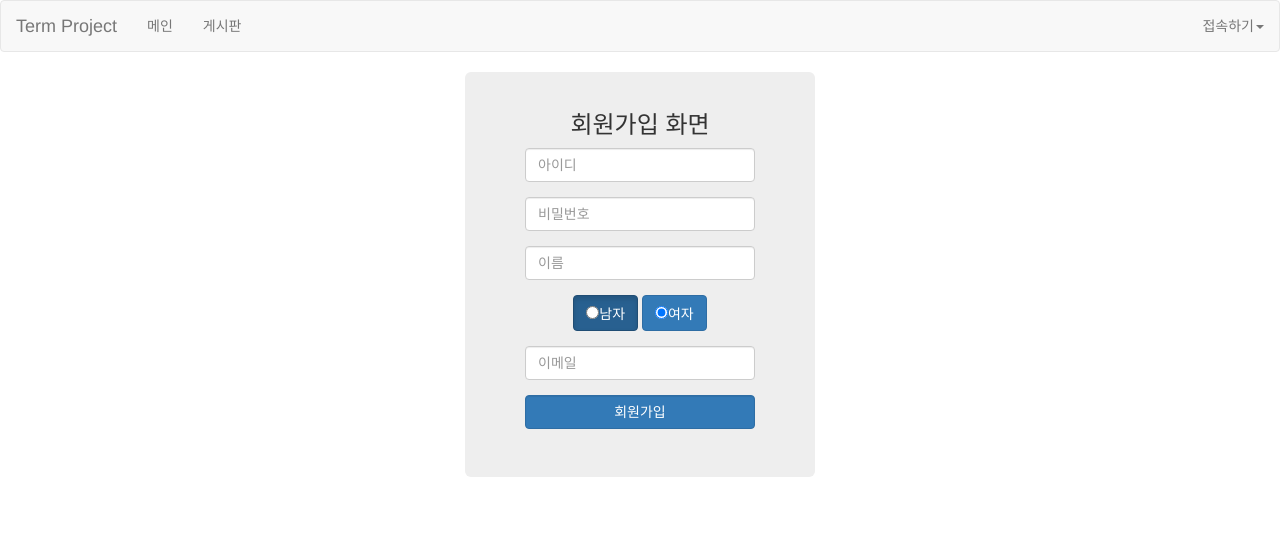
Repository: subsub97/web_bulletin-board
Page: http://localhost/BBS/join.jsp
An editor plug-in stored every save of this project. The page is shown before and after the next save, followed by the edit.
The browser window is 1280 px wide. The pictures show the whole page.
Some web libraries are served in a nearby version. The page is served by Tomcat 9. Other server files are loaded and not shown.

Above is the page before, as saved 2023-05-25 15:10:41.

### Projects/BBS/src/main/webapp/join.jsp
<%@ page language="java" contentType="text/html; charset=UTF-8" pageEncoding="UTF-8"%>
<!DOCTYPE html>
<html>
<head>
<meta charset="UTF-8">
<meta name="viewport" content="width=device-width, initial-scale=1">

<link rel="stylesheet" href="css/bootstrap.css">

<title>Term Project</title>
</head>
<body>
	<nav class="navbar navbar-default">
		<div class="navbar-header">
			<button type="button" class="navbar-toggle collapsed"
				data-toggle="collapse" data-target="#bs-example-navbar-collapse-1"
				aria-expanded="false">
				<span class="icon-bar"></span>
				<span class="icon-bar"></span>
				<span class="icon-bar"></span>
			</button>
			<a class="navbar-brand" href="main.jsp">Term Project</a>
		</div>
		<div class="collapse navbar-collapse" id="bs-example-navbar-collapse-1">
			<ul class="nav navbar-nav">
				<li><a href="main.jsp">메인</a></li>
				<li><a href="main.jsp">게시판</a></li>
			</ul>
			<ul class="nav navbar-nav navbar-right">
				<li class="dropdown">
					<a href="#" class="dropdown-toggle" data-toggle="dropdown" role="button" aria-haspopup="true"
						aria-expanded="false">접속하기<span class="caret"></span></a>
					<ul class="dropdown-menu">
						<li class="active"><a href="login.jsp">로그인</a></li>
						<li><a href="join.jsp">회원가입</a></li>
					</ul>
				</li>
			</ul>
		</div>
	</nav>
	<div class="container">
		<div class="col-lg-4"></div>
		<div class="col-lg-4">
			<div class="jumbotron" style="padding-top: 20px;">
				<form method="post" action="joinAction.jsp">
					<h3 style="text-align: center;">회원가입 화면</h3>
					<div class="form-group">
						<input type="text" class="form-control" placeholder="아이디" name="userID" maxlength="20">
					</div>
					<div class="form-group">
						<input type="password" class="form-control" placeholder="비밀번호" name="userPassword" maxlength="20">
					</div>
					<div class="form-group">
						<input type="text" class="form-control" placeholder="이름" name="userName" maxlength="20">
					</div>
					<div class="form-group" style = "text-align: center;">
						<label class ="btn btn-primary active">
							<input type = "radio" name="userGender" autocomplete="off" value = "M" checked>남자
						</label>
						<label class ="btn btn-primary">
							<input type = "radio" name="userGender" autocomplete="off" value = "F" checked>여자
						</label>
					</div>
					<div class="form-group">
						<input type="email" class="form-control" placeholder="이메일" name="userEmail" maxlength="20">
					</div>
					<input type="submit" class="btn btn-primary form-control" value="회원가입">
				</form>
			</div>
		</div>
		<div class="col-lg-4"></div>

		<script src="https://code.jquery.com/jquery-3.1.1.min.js"></script>
		<script src="js/bootstrap.js"></script>
	</div>
</body>
</html>

Loaded but not shown: Projects/BBS/src/main/webapp/css/bootstrap.css (library); Projects/BBS/src/main/webapp/js/bootstrap.js (library)

After the next save:
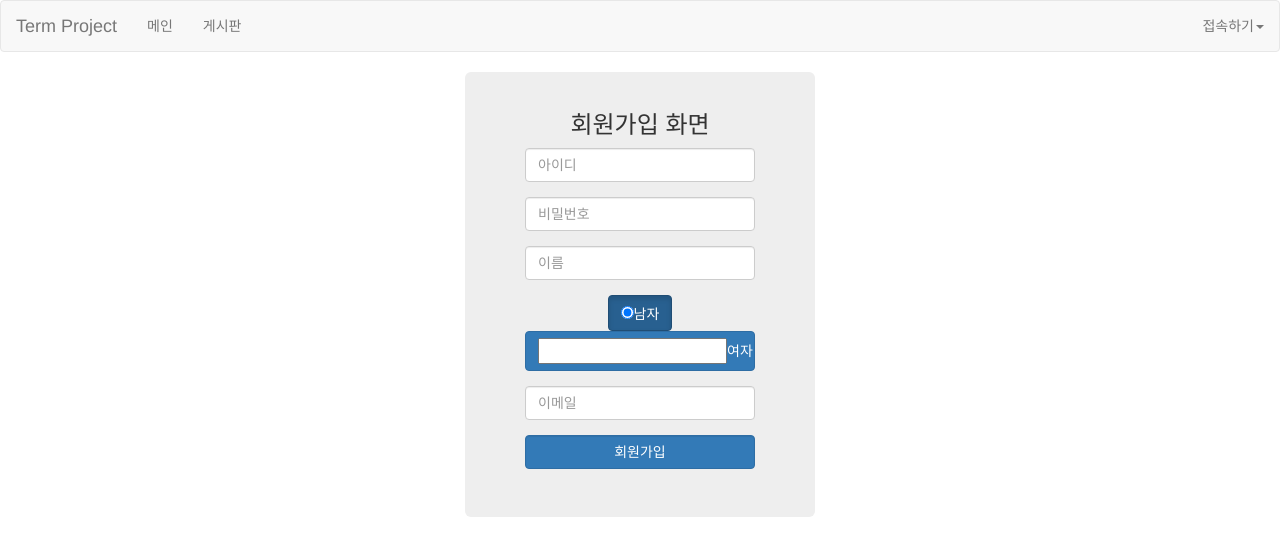
Saved 3 min 10 s later.
--- a/Projects/BBS/src/main/webapp/join.jsp
+++ b/Projects/BBS/src/main/webapp/join.jsp
@@ -58,7 +58,7 @@
 							<input type = "radio" name="userGender" autocomplete="off" value = "M" checked>남자
 						</label>
 						<label class ="btn btn-primary">
-							<input type = "radio" name="userGender" autocomplete="off" value = "F" checked>여자
+							<input name="userGender" autocomplete="off" value = "F" checked>여자
 						</label>
 					</div>
 					<div class="form-group">
